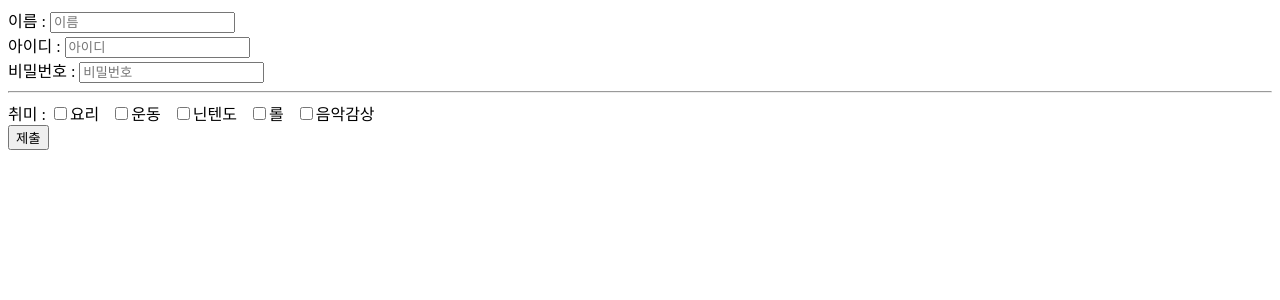
Repository: gowjd4419/jsp
Page: http://localhost/JSPBasic/jspobject/request/req_user_form.jsp
An editor plug-in stored every save of this project. The page is shown before and after the next save, followed by the edit.
The browser window is 1280 px wide. The pictures show the whole page.
The page is served by Tomcat 9.

Above is the page before, as saved 2022-03-25 10:39:02.

### JSPBasic/src/main/webapp/jspobject/request/req_user_form.jsp
<%@ page language="java" contentType="text/html; charset=UTF-8"
    pageEncoding="UTF-8"%>
<!DOCTYPE html>
<html>
<head>
<meta charset="UTF-8">
<title>Insert title here</title>
</head>
<body>
<%-- 현재 파일인 req_user_form.jsp에 폼 태그를 만들기
     목적지는 함께 req_user.jsp파일이고 post방식으로 데이터를 전달
     먼저 이름, 아이디, 비밀번호를 입력해 보낼 수 있는 input태그를 만들기
     각 태그의 name 속성은 uname,uid,upw 이다.
     데이터를 받아주는 req_user.jsp에서 한글이 깨지지 않도록 받아서 화면에 출력 --%>
 <form action = http://localhost:8181/JSPBasic/jspobject/request/req_user.jsp method="post">
      이름 : <input type = "text" name="uname" placeholder="이름"><br>
      아이디 : <input type = "text" name="uid" placeholder="아이디"><br><!-- placeholder적용시 회색으로 뭘 입력해야하는지 나옴 -->
      비밀번호 : <input type = "password" name="upw"placeholder="비밀번호"><br>
      <hr>

      취미 :
      <input type = "checkbox" name="hobby">요리 &nbsp;
      <input type = "checkbox" name="hobby">운동 &nbsp;
      <input type = "checkbox" name="hobby">닌텐도 &nbsp;
      <input type = "checkbox" name="hobby">롤 &nbsp;
      <input type = "checkbox" name="hobby">음악감상 &nbsp;
      <br>


      <input type="submit" value="제출">
</body>
</html>

After the next save:
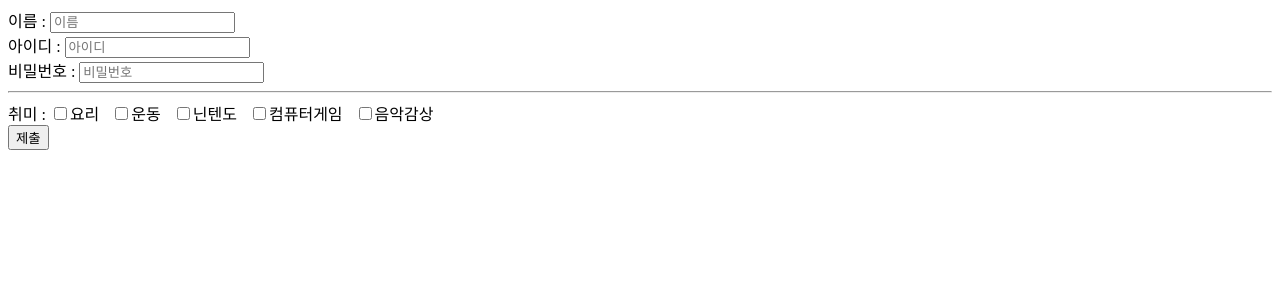
Saved 23 s later.
--- a/JSPBasic/src/main/webapp/jspobject/request/req_user_form.jsp
+++ b/JSPBasic/src/main/webapp/jspobject/request/req_user_form.jsp
@@ -22,7 +22,7 @@
       <input type = "checkbox" name="hobby">요리 &nbsp;
       <input type = "checkbox" name="hobby">운동 &nbsp;
       <input type = "checkbox" name="hobby">닌텐도 &nbsp;
-      <input type = "checkbox" name="hobby">롤 &nbsp;
+      <input type = "checkbox" name="hobby">컴퓨터게임 &nbsp;
       <input type = "checkbox" name="hobby">음악감상 &nbsp;
       <br>
 
